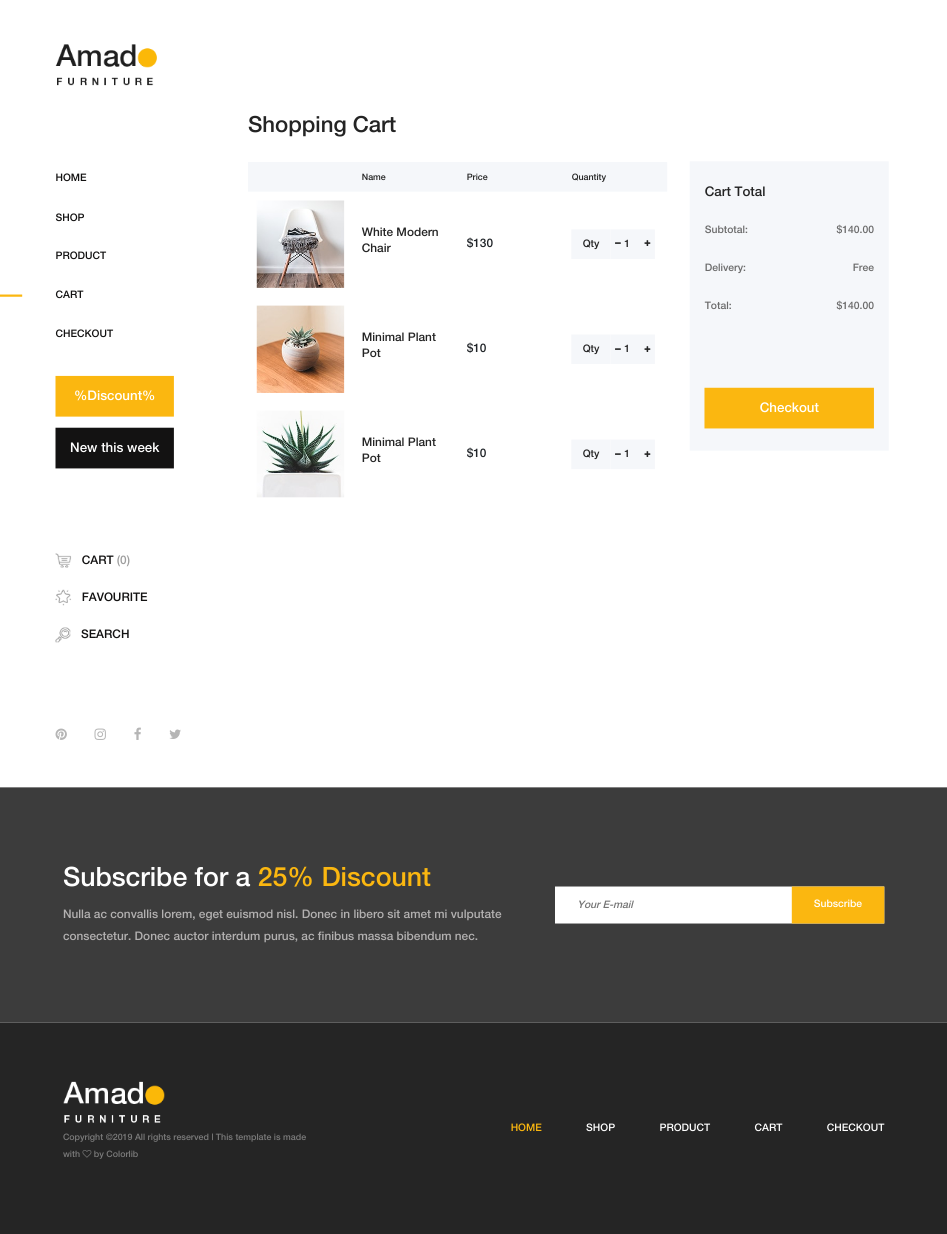
Repository: robbietaek/Java_Spring_Framework_Study
Page: http://localhost/team/WEB-INF/user/cart.jsp
An editor plug-in stored every save of this project. The page is shown before and after the next save, followed by the edit.
The browser window is 1280 px wide. The pictures show the whole page, at 74% of full size.
The page is served by Tomcat 9. Nobody is signed in. The template is opened directly, without the code that normally fills it, so the values that code supplies are empty.

Above is the page before, as saved 2019-12-27 08:42:02.

After the next save:
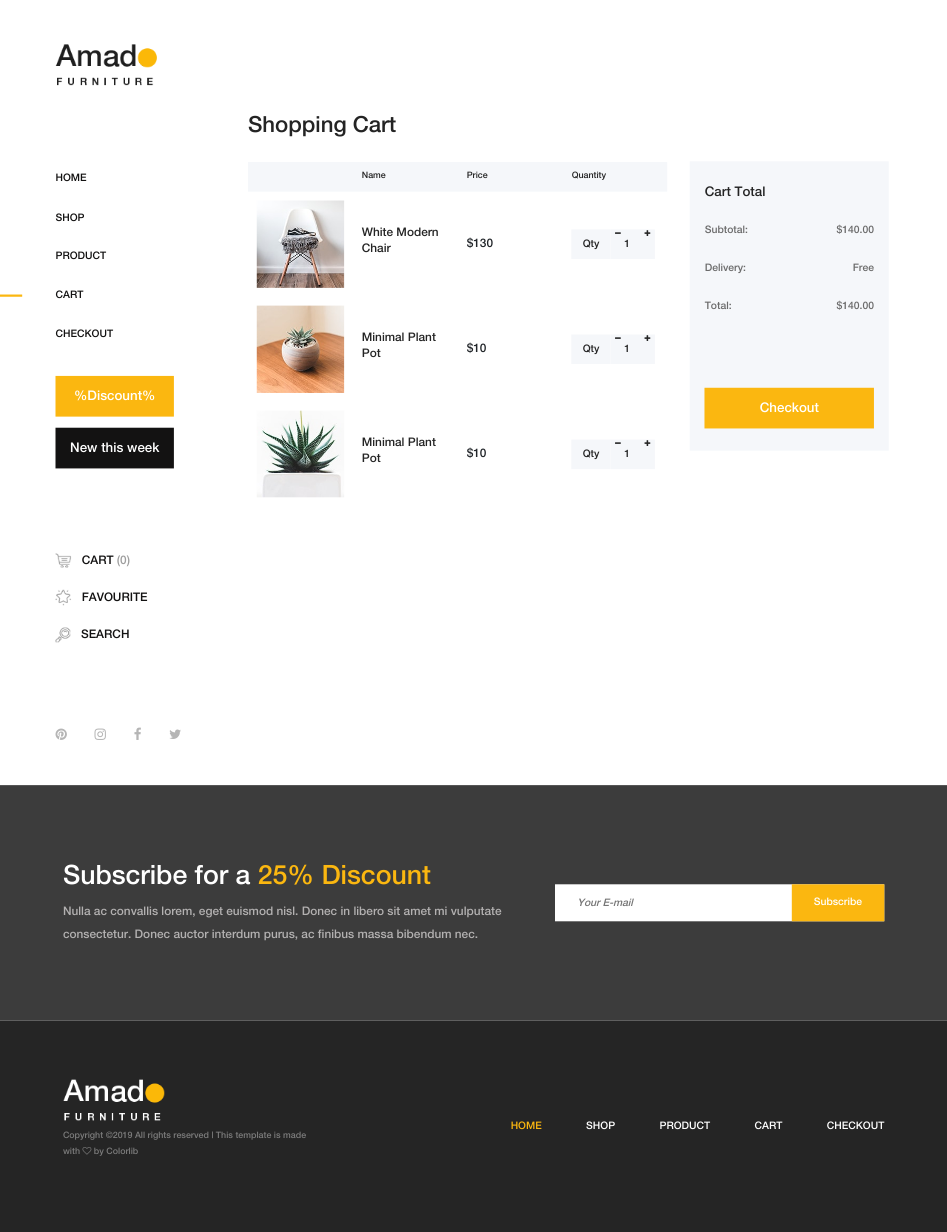
Saved 18 s later.
--- a/team/src/main/webapp/WEB-INF/user/cart.jsp
+++ b/team/src/main/webapp/WEB-INF/user/cart.jsp
@@ -1,5 +1,6 @@
 <%@ page language="java" contentType="text/html; charset=UTF-8"
     pageEncoding="UTF-8"%>
+<c:set var="path" value="${pageContext.request.contextPath}" />
 <!DOCTYPE html>
 <html lang="en">
 
